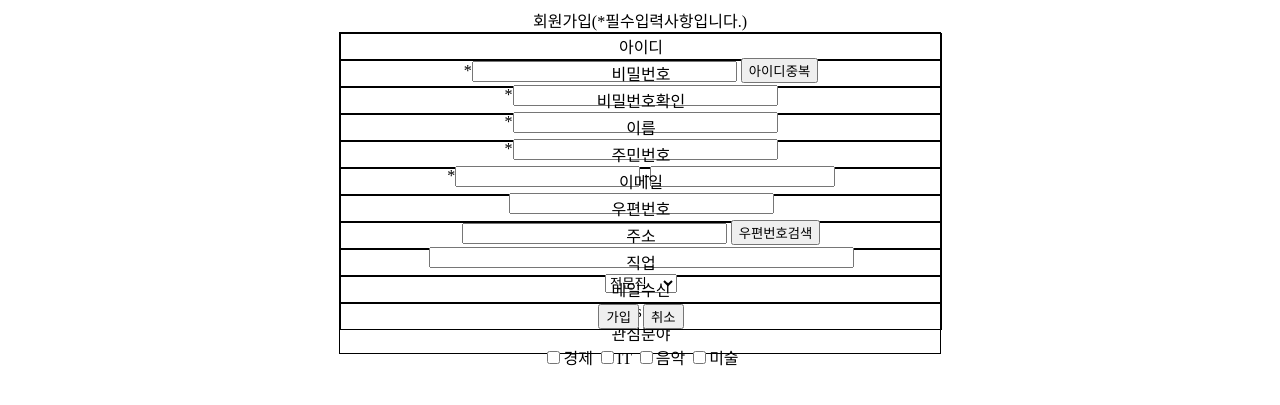
Repository: kms2413/project
Page: http://localhost/homepage/member/register.jsp
These files come from the project's save history. The page is drawn as it stood at one moment and after the next save; the edit follows.
The browser window is 1280 px wide. The pictures show the whole page.
The page is served by Tomcat 9. Other server files are loaded and not shown.

Above is the page before, as saved 2014-09-12 07:34:56.

### homepage/WebContent/member/register.jsp
<%@ page language="java" contentType="text/html; charset=EUC-KR"
    pageEncoding="EUC-KR"%>
<!DOCTYPE html PUBLIC "-//W3C//DTD HTML 4.01 Transitional//EN" "http://www.w3.org/TR/html4/loose.dtd">
<html>
   <head>
      <meta http-equiv="Content-Type" content="text/html; charset=EUC-KR">
      <title>회원가입</title>
      <script type="text/javascript" src="script.js"></script>
         <link rel="stylesheet" type="text/css" href="style.css"/>
   </head>
   <body>
      <div align="center">
         <div>회원가입(*필수입력사항입니다.)</div>
         <form class=border_doc name="memberForm" action="registerOk.jsp" method="post" onsubmit="return registerForm(this)">
            <div class=border_div>
               <div class=border_box_left>아이디</div>
               <div class=border_box_right>
                  <span>*<input type="text" name="id"  size="30"/></span>
                  <span><input type="button" value="아이디중복"></span>
               </div>
            </div>

            <div class=border_div>
               <div class=border_box_left>비밀번호</div>
               <div class=border_box_right>
                  <span>*<input type="password" name="password"  size="30"/></span>
               </div>
            </div>

            <div class=border_div>
               <div class=border_box_left>비밀번호확인</div>
               <div class=border_box_right>
                  <span>*<input type="password" name="pwConfirm"  size="30"/></span>
               </div>
            </div>

            <div class=border_div>
               <div class=border_box_left>이름</div>
               <div class=border_box_right>
                  <span>*<input type="text" name="name"  size="30"/></span>
               </div>
            </div>

            <div class=border_div>
               <div class=border_box_left>주민번호</div>
               <div class=border_box_right>
                  <span>*<input type="text" name="jumin1"  size="20"/></span>
                  <span>-<input type="text" name="jumin2"  size="20"/></span>
               </div>
            </div>

            <div class=border_div>
               <div class=border_box_left>이메일</div>
               <div class=border_box_right>
                  <span><input type="text" name="email"  size="30"/></span>
               </div>
            </div>

            <div class=border_div>
               <div class=border_box_left>우편번호</div>
               <div class=border_box_right>
                  <span><input type="text" name="zipcode"  size="30"/></span>
                  <span><input type="button" value="우편번호검색"></span>
               </div>
            </div>

            <div class=border_div>
               <div class=border_box_left>주소</div>
               <div class=border_box_right>
                  <span><input type="text" name="address"  size="50"/></span>
               </div>
            </div>

            <div class=border_div>
               <div class=border_box_left>직업</div>
               <div class=border_box_right>
                  <span>
                     <select name="job" style="width:60;">
                        <option value="sp">전문직</option>
                        <option value="engineer">엔지니어</option>
                        <option value="constructor">건설업</option>
                        <option value="student">학생</option>
                     </select>
                  </span>
               </div>
            </div>

            <div class=border_div>
               <div class=border_box_left>메일수신</div>
               <div class=border_box_right>
                  <span><input type="radio" name="mailing" value="yes"/>yes</span>
                  <span><input type="radio" name="mailing"  value="no"/>no</span>
               </div>

               <div class=border_box_left>관심분야</div>
               <div class=border_box_right>
                  <span><input type="checkbox" name="interestValue" value="경제"/>경제</span>
                  <span><input type="checkbox" name="interestValue"  value="IT"/>IT</span>
                  <span><input type="checkbox" name="interestValue"  value="음악"/>음악</span>
                  <span><input type="checkbox" name="interestValue"  value="미술"/>미술</span>
                  <span><input type="hidden" name="interest"/></span>
               </div>
            </div>
            <div class="border_div">
               <span><input type="submit" value="가입"></span>
               <span><input type="reset" value="취소"></span>
            </div>
         </form>
      </div>
   </body>
</html>

### homepage/WebContent/member/script.js
function registerForm(form){

}

### homepage/WebContent/member/style.css
@CHARSET "UTF-8";

.border_doc{
	width:600px;
	height:320px;
	border:solid 1px black;

}
.border_div{
	width:600px;
	height:25px;
	border:solid 1px black;
	margin:0px;
}

.main_left{
	width:100px;
	height:24px;
	text-align:center;
	border:solid 1px black;
	float:left;

}

.main_right{
	width:495px;
	height:24px;
	border:solid 1px black;
	float:right;
	text-align:left;

}

After the next save:
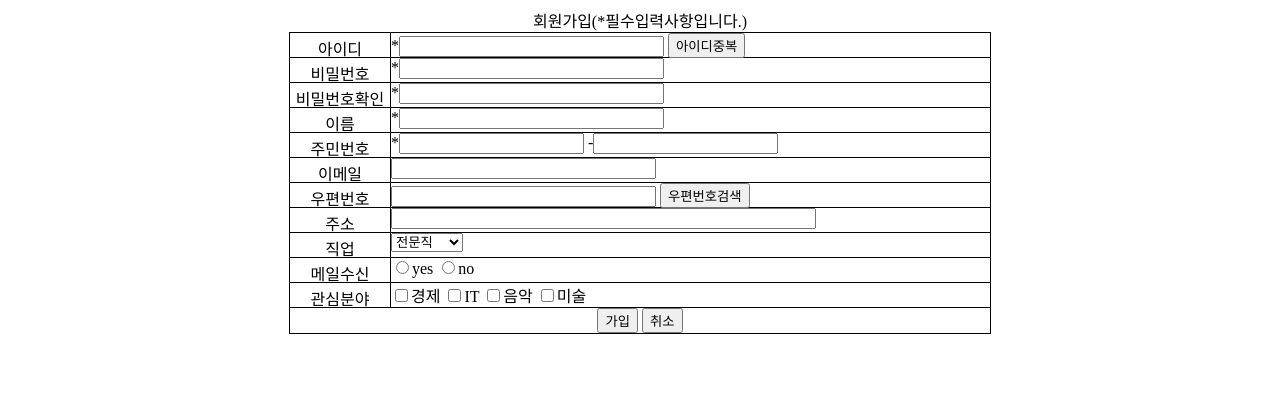
Saved 17 s later.
--- a/homepage/WebContent/member/style.css
+++ b/homepage/WebContent/member/style.css
@@ -1,32 +1,38 @@
-@CHARSET "UTF-8";
-
+@CHARSET "EUC-KR";
 .border_doc{
-	width:600px;
-	height:320px;
-	border:solid 1px black;
-
-}
-.border_div{
-	width:600px;
-	height:25px;
-	border:solid 1px black;
-	margin:0px;
+   width:700px;
+   height:300px;
+   border:solid 1px black;
 }
 
-.main_left{
-	width:100px;
-	height:24px;
-	text-align:center;
-	border:solid 1px black;
-	float:left;
-
+.border_div{
+   width:700px;
+   height:25px;
+   border:solid 0px green;
+   margin:0px;
 }
 
-.main_right{
-	width:495px;
-	height:24px;
-	border:solid 1px black;
-	float:right;
-	text-align:left;
+.border_box_left{
+   width:100px;
+   height:21px;
+   text-align:center;
+   border:solid 1px black;
+   float:left;
+   border-top-width:0px;
+   border-right-width:0px;
+   border-bottom-width:1px;
+   border-left-width:0px;
+   padding-top:3px;
+}
 
+.border_box_right{
+   width:599px;
+   height:24px;
+   border:solid 1px black;
+   float:right;
+   border-top-width:0px;
+   border-right-width:0px;
+   border-bottom-width:1px;
+   border-left-width:1px;
+   text-align:left;
 }
